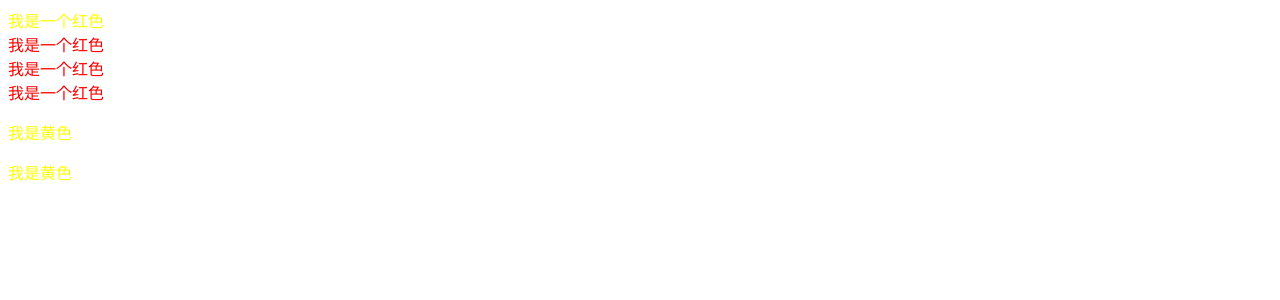
Repository: ls02/VSCode
Page: Java/2022/6-30-1/Test2.html
An editor plug-in stored every save of this project. The page is shown before and after the next save, followed by the edit.
The browser window is 1280 px wide. The pictures show the whole page.

Above is the page before, as saved 2022-07-05 23:06:45.

### Java/2022/6-30-1/Test2.html
<!--
 * @Author: ls02 <2877455773@qq.com>
 * @Date: 2022-06-30 22:43:22
 * @LastEditors: ls02 <2877455773@qq.com>
 * @LastEditTime: 2022-07-05 23:06:44
 * @FilePath: \Java\2022\6-30-1\Test2.html
 * @Description:
 *
 * Copyright (c) 2022 by ${ls02 <2877455773@qq.com>}, All Rights Reserved.
-->
<!DOCTYPE html>
<html lang="en">

<head>
    <meta charset="UTF-8">
    <meta http-equiv="X-UA-Compatible" content="IE=edge">
    <meta name="viewport" content="width=device-width, initial-scale=1.0">
    <title>我的标题</title>
    <!-- id选择器必须#开头 -->
    <style>
        /* 所有字体默认颜色都变成红色 */
        * {
            color: red;
        }
    </style>
</head>

<body>
    <!-- 如果有其它选择器会优先使用，默认都是红色 -->
    <div style="color:yellow">我是一个红色</div>
    <div>我是一个红色</div>
    <div>我是一个红色</div>
    <div>我是一个红色</div>
    <p style="color:yellow">我是黄色</p>
    <p style="color:yellow">我是黄色</p>

</html>

After the next save:
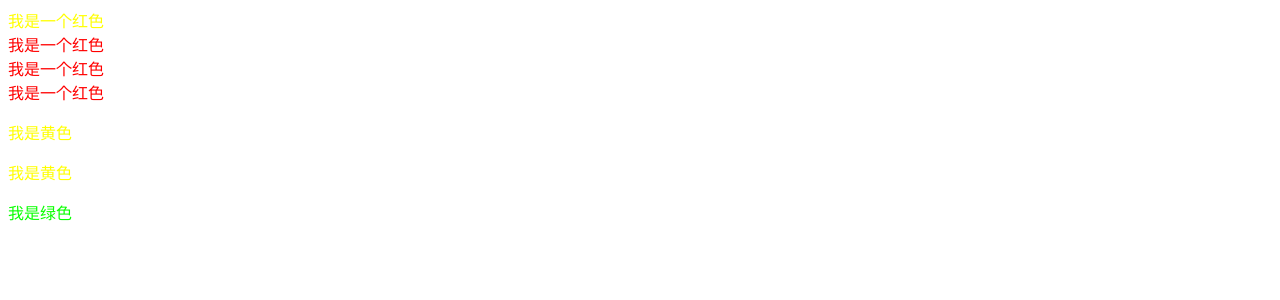
Saved 22 h 47 min later.
--- a/Java/2022/6-30-1/Test2.html
+++ b/Java/2022/6-30-1/Test2.html
@@ -2,7 +2,7 @@
  * @Author: ls02 <2877455773@qq.com>
  * @Date: 2022-06-30 22:43:22
  * @LastEditors: ls02 <2877455773@qq.com>
- * @LastEditTime: 2022-07-05 23:06:44
+ * @LastEditTime: 2022-07-06 21:54:18
  * @FilePath: \Java\2022\6-30-1\Test2.html
  * @Description:
  *
@@ -33,5 +33,6 @@
     <div>我是一个红色</div>
     <p style="color:yellow">我是黄色</p>
     <p style="color:yellow">我是黄色</p>
+    <p style="color:rgb(9, 255, 0)">我是绿色</p>
 
 </html>
